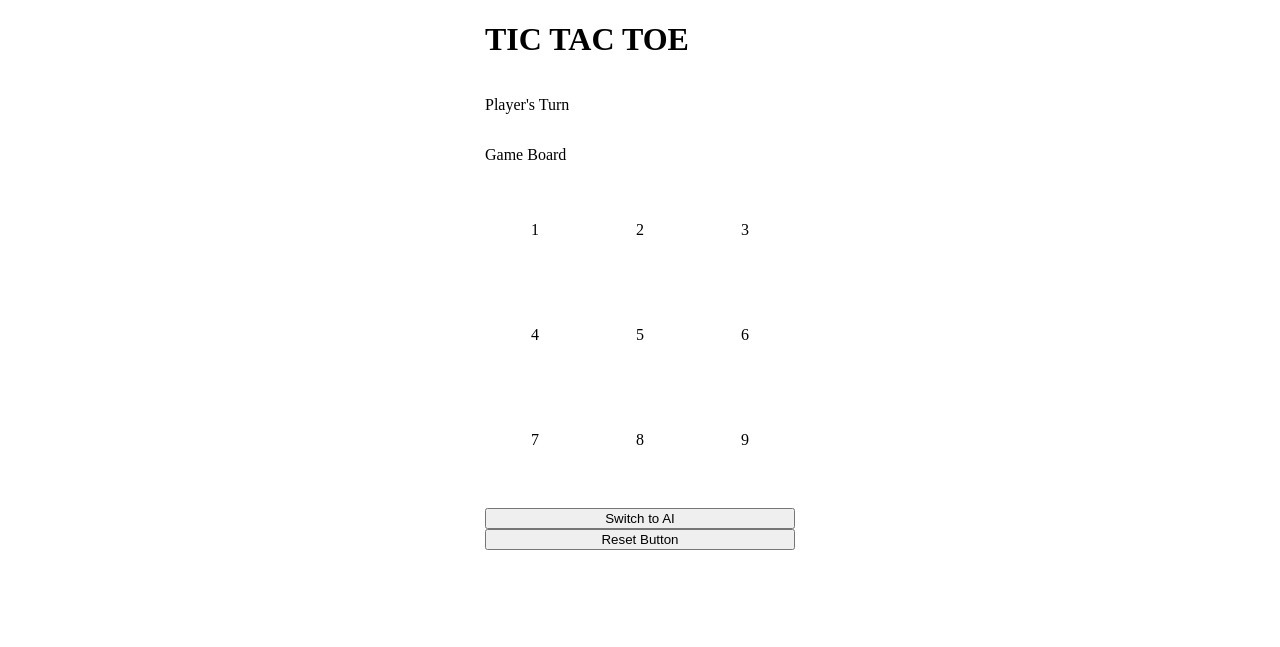
Repository: Yash19075/TicTacToe-game
Page: TicTacToe.html
An editor plug-in stored every save of this project. The page is shown before and after the next save, followed by the edit.
The browser window is 1280 px wide. The pictures show the whole page.

Above is the page before, as saved 2025-03-08 22:58:50.

After the next save:
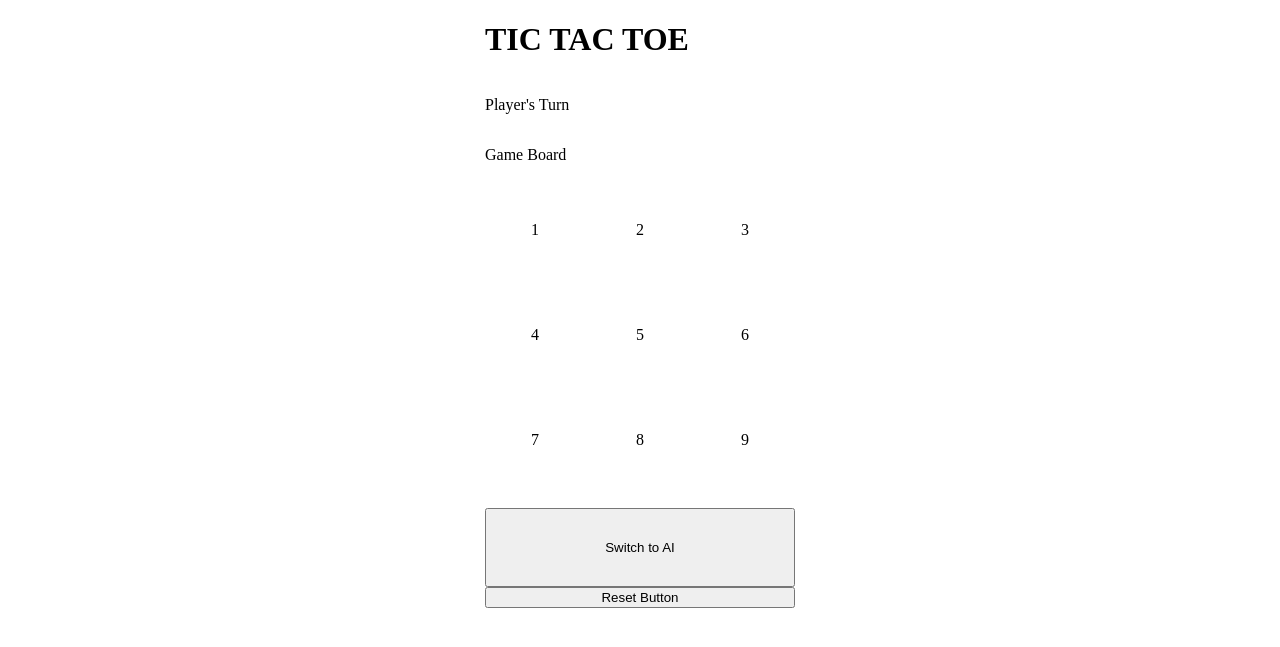
Saved 5 s later.
--- a/TicTacToe.html
+++ b/TicTacToe.html
@@ -24,7 +24,7 @@
         <div class="css-cell">9</div>
     </div>
     <br>
-    <button>Switch to AI</button>
+    <button class="css-switchButton">Switch to AI</button>
     <button>Reset Button</button>
 </body>
 </html>
